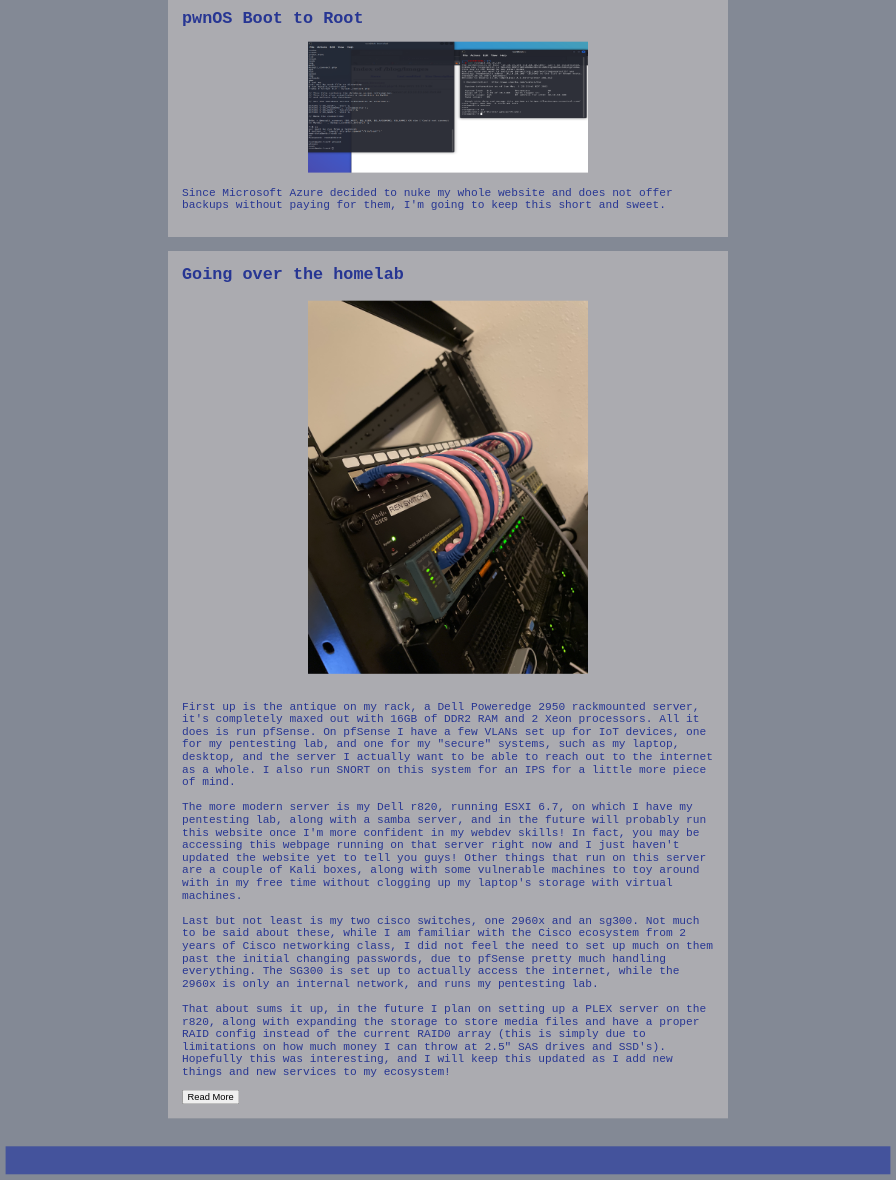
Repository: RennarDeer/RenDev
Page: index.html
An editor plug-in stored every save of this project. The page is shown before and after the next save, followed by the edit.
The browser window is 1280 px wide. The pictures show the part of the page from y = 1022 to 2942 px (the page is 2707 px tall before and 2942 px after), at 70% of full size.

Above is the page before, as saved 2023-03-08 10:06:20.

### index.html
<!DOCTYPE html>
<html>
  <head>
    <title>Rennar's Website</title>
    <link rel="stylesheet" type="text/css" href="style.css">

  </head>
  <body>
    <header>
      <h1>Ren's Dumb Website</h1>

    </header>
     <!-- "About" section -->
     <section id="about" class="intro">
        <!--Replace with your own image-->
        <center><img src="renpic.JPG"
            alt="RennarPicture" height=375px;>
        <h2 class="section-title">Hi, I'm Ren!</h2>
        <p>
            A little bit about myself, I'm Rennar, or Ren for short. I'm a 25 year old girl from North Dakota
            who is currently living in Chicago, Illinois. My hobbies are mainly focused on my home lab, and security research.
            <br><br>
            My other hobbies include a little bit of light gaming when I have the time, skateboarding, cooking, and photography.</center>
	</p>
    </section>
    <main>

        <article>
            <h2>OWASP IoT GOAT</h2>

            <img src="boot2root.png" alt="Boot2Root">

            Here is a small write up
          </article>
      <article>
        <h2>pwnOS Boot to Root</h2>

        <img src="boot2root.png" alt="Boot2Root">

        <p>Since Microsoft Azure decided to nuke my whole website and does not offer backups without
        paying for them, I'm going to keep this short and sweet.</p>



        <div id="article-more" style="display: none;">

            <p>
        pwnOS 2.0 isn't known as a difficult box to break into, but it makes for a good starting out
        point for people new to CTFs. A quick rundown of this box is that it is a simple blog for a
        company, running a vulnerable version of SimplePHP. Executing a remote command to reset
        the admin password is a fairly simple perl script that comes with Kali Linux, after running it,
        you can log into the site.

            <br><br>

        This doesn't get you very far, but you'll be able to upload ANY file
        you would like. So naturally I set up netcat, uploaded and ran a reverse shell. After this its
        fairly trivial to find the root password in a config file the website owner left us, and now
        we can directly ssh into the box as root, completing this CTF.
        </p>
        <button onclick="readMore(this)">Read More</button>
        </article>
      <article>
        <h3>Going over the homelab</h3>

                        <img src="rackpic.JPG" alt="RensRack">

                        <p class="content"

                        I have FINALLY unpacked my rack here in Chicago, so now I can do a little bit of writing about it!

                            <br><br>


                        First up is the antique on my rack, a Dell Poweredge 2950 rackmounted server, it's completely
                        maxed out with 16GB of DDR2 RAM and 2 Xeon processors. All it does is run pfSense. On pfSense
                        I have a few VLANs set up for IoT devices, one for my pentesting lab, and one for my "secure"
                        systems, such as my laptop, desktop, and the server I actually want to be able to reach out
                        to the internet as a whole. I also run SNORT on this system for an IPS for a little more piece
                        of mind.

                        <br><br>

                        The more modern server is my Dell r820, running ESXI 6.7, on which I have my pentesting lab,
                        along with a samba server, and in the future will probably run this website once I'm more confident
                        in my webdev skills! In fact, you may be accessing this webpage running on that server right now and
                        I just haven't updated the website yet to tell you guys! Other things that run on this server are a
                        couple of Kali boxes, along with some vulnerable machines to toy around with in my free time without
                        clogging up my laptop's storage with virtual machines.

                            <br><br>

                        Last but not least is my two cisco switches, one 2960x and an sg300. Not much to be said about these,
                        while I am familiar with the Cisco ecosystem from 2 years of Cisco networking class, I did not feel
                        the need to set up much on them past the initial changing passwords, due to pfSense pretty much handling
                        everything. The SG300 is set up to actually access the internet, while the 2960x is only an internal
                        network, and runs my pentesting lab.

                            <br><br>

                        That about sums it up, in the future I plan on setting up a PLEX server on the r820, along with expanding
                        the storage to store media files and have a proper RAID config instead of the current RAID0 array (this is
                        simply due to limitations on how much money I can throw at 2.5" SAS drives and SSD's). Hopefully this was
                        interesting, and I will keep this updated as I add new things and new services to my ecosystem!

                          </p>
                        <button onclick="readMore(this)">Read More</button>

            </article>
    </main>
    <footer>
    </footer>
  </body>
</html>

### style.css
body {
    background-color: #838995;
    color: #273693;
    font-family: "Courier New", Courier, monospace;
    font-size: 16px;
  }

  header {
    background-color: #44539c;
    color: #ababb0;
    padding: 20px;
    display: flex;
    justify-content: space-between;
    align-items: center;
  }

  nav ul {
    list-style: none;
    margin: 0;
    padding: 0;
    display: flex;
  }

  nav ul li {
    margin: 0 10px;
  }

  nav ul li a {
    color: #ababb0;
    text-decoration: none;
  }

  main {
    max-width: 800px;
    margin: 0 auto;
    padding: 20px;
  }

  article {
    background-color: #ababb0;
    padding: 20px;
    margin-bottom: 20px;
  }

  article h2 {
    color: #273693;
    font-size: 24px;
    margin-top: 0;
  }

  article img {
    display: block;
    margin: 20px auto;
    width: 400px;
    height: auto;
  }

  article h3 {
    color: #273693;
    font-size: 24px;
    margin-top: 0;
  }

  article img {
    display: block;
    margin: 20px auto;
    width: 400px;
    height: auto;
  }

  footer {
    background-color: #44539c;
    color: #ababb0;
    padding: 20px;
    text-align: center;
  }

After the next save:
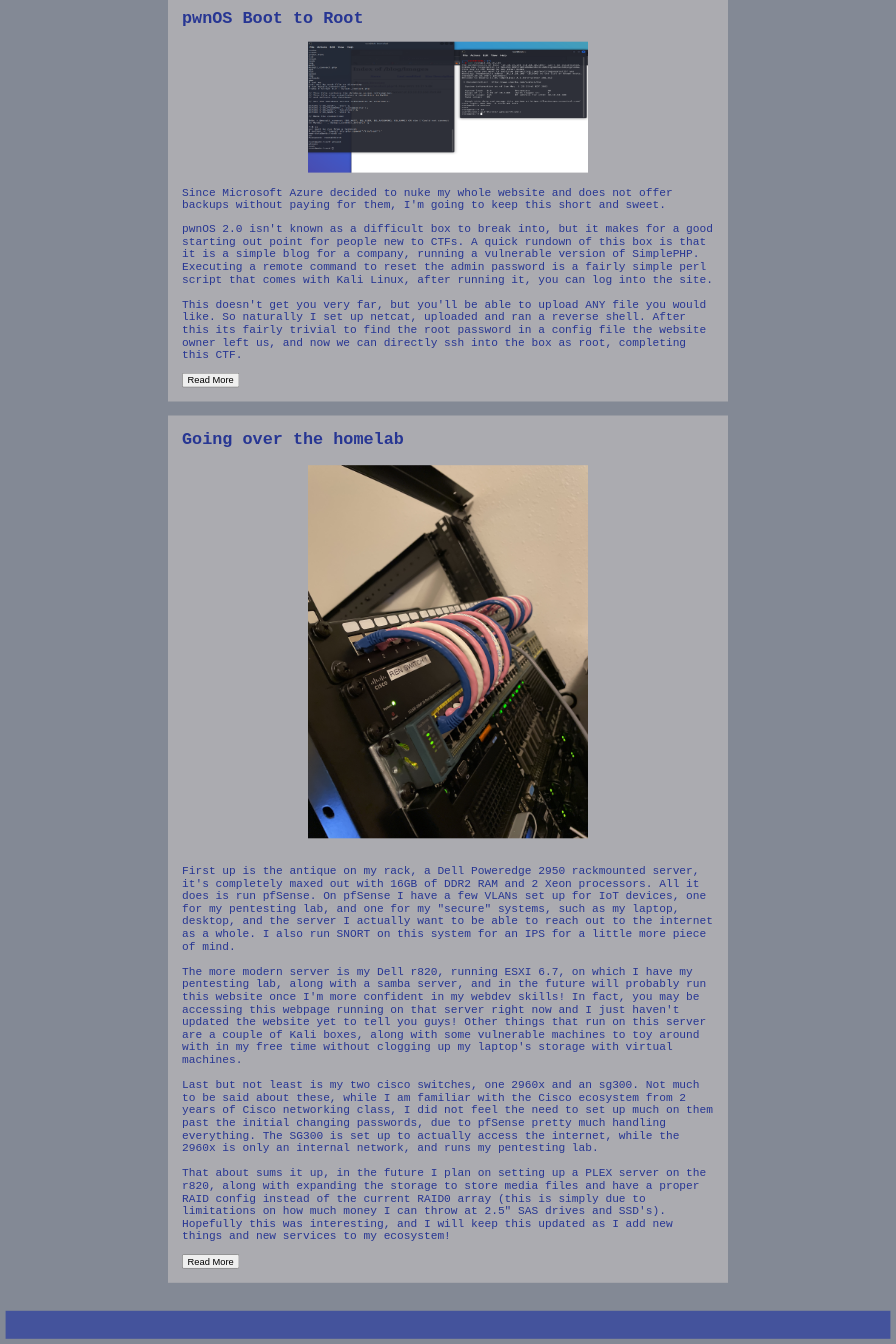
Saved 49 s later.
--- a/index.html
+++ b/index.html
@@ -37,14 +37,11 @@
 
         <img src="boot2root.png" alt="Boot2Root">
 
-        <p>Since Microsoft Azure decided to nuke my whole website and does not offer backups without
+        <p>
+
+          Since Microsoft Azure decided to nuke my whole website and does not offer backups without
         paying for them, I'm going to keep this short and sweet.</p>
 
-
-
-        <div id="article-more" style="display: none;">
-
-            <p>
         pwnOS 2.0 isn't known as a difficult box to break into, but it makes for a good starting out
         point for people new to CTFs. A quick rundown of this box is that it is a simple blog for a
         company, running a vulnerable version of SimplePHP. Executing a remote command to reset
